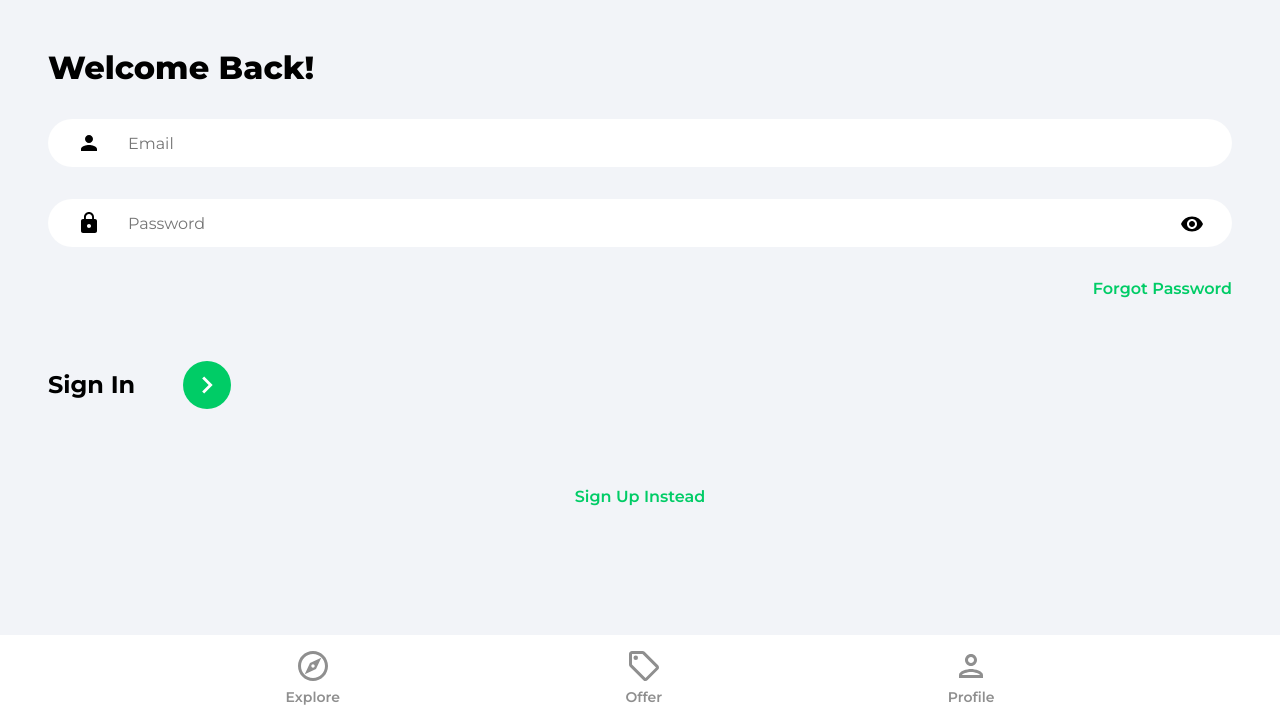
Repository: harvir619/Real-Estate-Market-App
Page: /sign-in
The author's editor kept a copy of each file at every save. The page is drawn from the files as they stood at one save, then again after the next save.
The browser window is 1280 px wide. The pictures show the whole page.
The project was rebuilt for these pictures with package versions that can differ from the ones it lists, and the page was loaded fresh each time. Also part of the build but not shown: vite.config.js, src/pages/Explore.jsx, src/pages/Profile.jsx, src/pages/ForgotPassword.jsx, src/pages/Offers.jsx, src/pages/SignUp.jsx.

Above is the page before, as saved 2023-06-15 17:47:44.

### index.html
<!DOCTYPE html>
<html lang="en">
  <head>
    <meta charset="UTF-8" />
    <link rel="icon" type="image/svg+xml" href="/public/favicon.ico" />
    <meta name="viewport" content="width=device-width, initial-scale=1.0" />
    <title>Real Estate Marketplace</title>
  </head>
  <body>
    <div id="root"></div>
    <script type="module" src="/src/main.jsx"></script>
  </body>
</html>

### src/App.jsx
import { BrowserRouter as Router, Routes, Route } from 'react-router-dom'
import Explore from './pages/Explore'
import Profile from './pages/Profile'
import ForgotPassword from './pages/ForgotPassword'
import Offers from './pages/Offers'
import SignIn from './pages/SignIn'
import SignUp from './pages/SignUp'
import Navbar from './components/Navbar'

function App() {

  return (
    <>
      <Router>
        <Routes>
          <Route path="/" element={<Explore />} />
          <Route path="/profile" element={<SignIn/>} />
          <Route path='/forgot-password' element={<ForgotPassword/>} />
          <Route path= '/offers' element={<Offers/>} />
          <Route path='/sign-in' element={<SignIn />} />
          <Route path='/sign-up' element={<SignUp/>} />
        </Routes>
        {<Navbar/>}
      </Router>
    </>
  )
}

export default App

### src/pages/SignIn.jsx
import React, { useState } from 'react'
import { Link, useNavigate } from 'react-router-dom'
import {ReactComponent as ArrowRightIcon} from '../assets/svg/keyboardArrowRightIcon.svg'
import visibilityIcon from '../assets/svg/visibilityIcon.svg'

function SignIn() {
  const [showPassword, setShowPassword] = useState(false)
  const [formData, setFormData] = useState({
    email: '',
    password: ''
  })
  const { email, password } = formData

  const navigate = useNavigate()

  const onChange = (e) => {
    setFormData((prevState) => {
      return {
        ...prevState,
        [e.target.id]: e.target.value
      }
    })
  }

  return (
    <>
      <div className="pageContainer">
        <header>
          <p className="pageHeader">
            Welcome Back!
          </p>
        </header>

        <form action="">
            <input
              type="email"
              placeholder="Email"
              id="email"
              value={email}
              onChange={onChange}
              className="emailInput" />

            <div className="passwordInputDiv">
            <input
              type={showPassword ? 'text' : 'password'}
              className='passwordInput'
              placeholder='Password'
              id='password'
              value={password}
              onChange={onChange}
            />

            <img
              src={visibilityIcon}
              alt="show password"
              className="showPassword"
              onClick={() => setShowPassword((prevState) => !prevState)}
            />

          </div>
          <Link to='/forgot-password' className='forgotPasswordLink'>Forgot Password</Link>

          <div className="signInBar">
            <p className="signInText">Sign In</p>
            <button className="signInButton">
              <ArrowRightIcon fill="#ffffff" width="34px" height="34px" />
            </button>

          </div>

        </form>

        {/* Google OAuth */}

        <Link to='/sign-up' className='registerLink'>
          Sign Up Instead
        </Link>

      </div>
    </>
  )
}

export default SignIn

### src/components/Navbar.jsx
import React from 'react'
import { useNavigate, useLocation } from 'react-router-dom'
import { ReactComponent as OfferIcon } from '../assets/svg/localOfferIcon.svg'
import {ReactComponent as ExploreIcon} from '../assets/svg/exploreIcon.svg'
import {ReactComponent as PersonOutlineIcon} from '../assets/svg/personOutlineIcon.svg'


function Navbar() {
    const navigate = useNavigate()
    const location = useLocation()

    const pathMatchRoute = (route) => {
        if (route === location.pathname) {
            return true;
        }
    }

  return (
      <footer className="navbar">
          <nav className="navbarNav">
              <ul className="navbarListItems">
                  <li className="navbarListItem" onClick={() => navigate('/')}>
                      <ExploreIcon fill={pathMatchRoute('/')?'#2c2c2c':'#8f8f8f'}
                        //   className="navbarIcon"
                          width='36px' height='36px' />
                      <p className={pathMatchRoute('/')?'navbarListItemNameActive':'navbarListItemName'}>Explore</p>
                  </li>
                  <li className="navbarListItem" onClick={()=>navigate('/offers')}>
                      <OfferIcon fill={pathMatchRoute('/offers')?'#2c2c2c':'#8f8f8f'}
                        //   className="navbarIcon"
                          width='36px' height='36px' />
                      <p className={pathMatchRoute('/offers')?'navbarListItemNameActive':'navbarListItemName'}>Offer</p>
                  </li>
                  <li className="navbarListItem" onClick={()=>navigate('/profile')}>
                      <PersonOutlineIcon fill={pathMatchRoute('/profile')?'#2c2c2c':'#8f8f8f'}
                        //   className="navbarIcon"
                          width='36px' height='36px' />
                      <p className={pathMatchRoute('/profile')?'navbarListItemNameActive':'navbarListItemName'}>Profile</p>
                  </li>

              </ul>
          </nav>
      </footer>
  )
}

export default Navbar

Loaded but not shown: src/main.jsx (common file); src/index.css (common file)

After the next save:
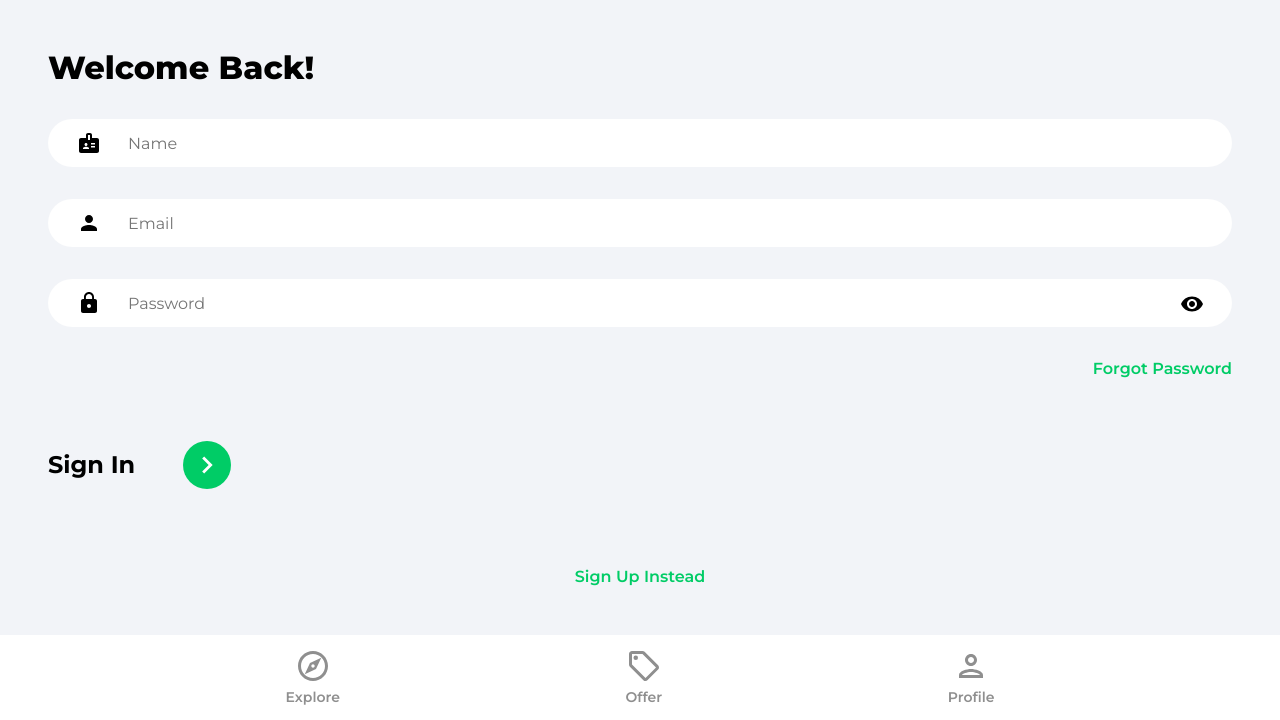
Saved 3 min 45 s later.
--- a/src/pages/SignIn.jsx
+++ b/src/pages/SignIn.jsx
@@ -6,10 +6,11 @@
 function SignIn() {
   const [showPassword, setShowPassword] = useState(false)
   const [formData, setFormData] = useState({
+    name:'',
     email: '',
     password: ''
   })
-  const { email, password } = formData
+  const { name,email, password } = formData
 
   const navigate = useNavigate()
 
@@ -32,6 +33,8 @@
         </header>
 
         <form action="">
+            <input type="text" placeholder="Name" id="name" value={name} onChange={onChange} className="nameInput" />
+
             <input
               type="email"
               placeholder="Email"

After the save that followed:
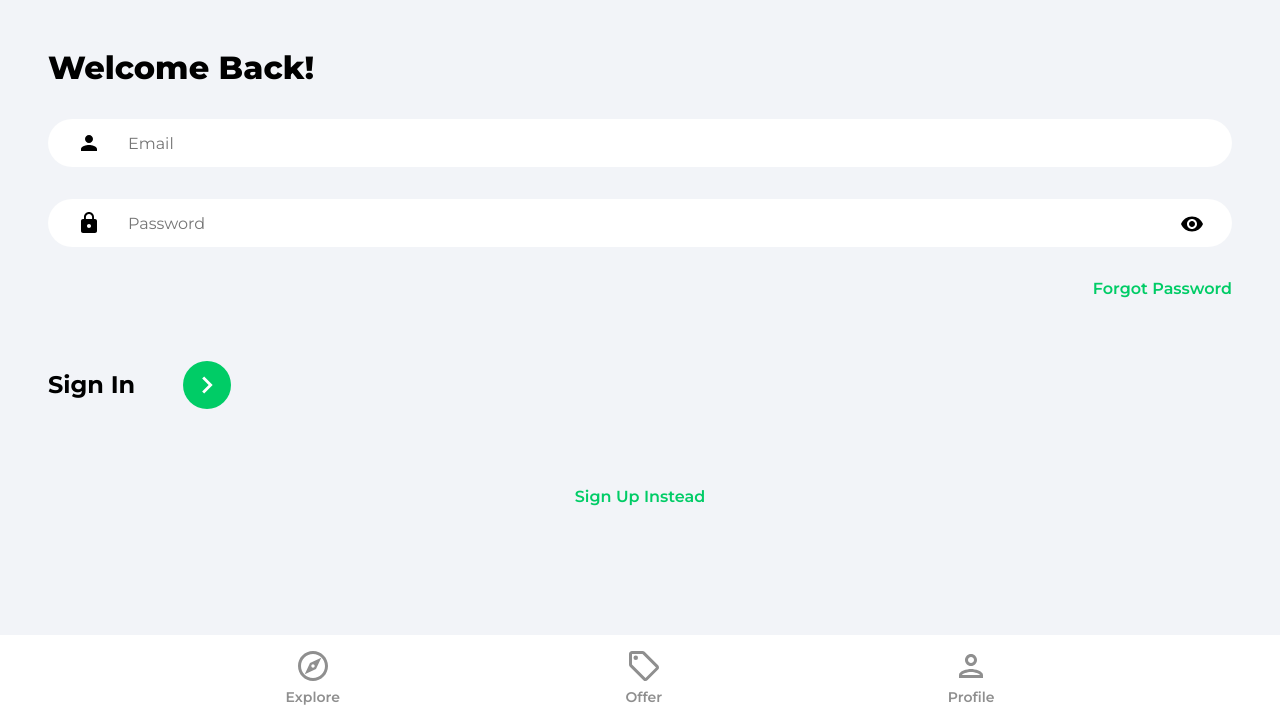
Saved 57 s later.
--- a/src/pages/SignIn.jsx
+++ b/src/pages/SignIn.jsx
@@ -6,11 +6,10 @@
 function SignIn() {
   const [showPassword, setShowPassword] = useState(false)
   const [formData, setFormData] = useState({
-    name:'',
     email: '',
     password: ''
   })
-  const { name,email, password } = formData
+  const { email, password } = formData
 
   const navigate = useNavigate()
 
@@ -33,8 +32,6 @@
         </header>
 
         <form action="">
-            <input type="text" placeholder="Name" id="name" value={name} onChange={onChange} className="nameInput" />
-
             <input
               type="email"
               placeholder="Email"
